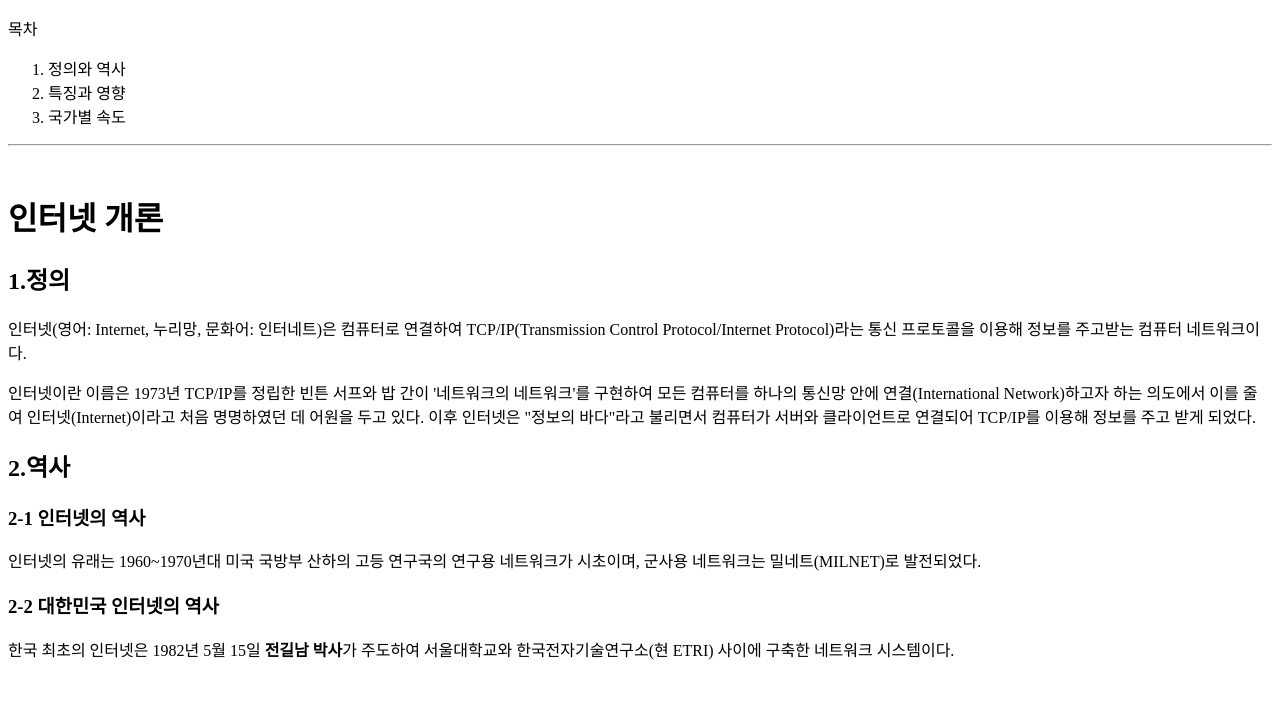
Repository: jeemaru/htme_01
Page: html_01/hw02/ex_01.html
An editor plug-in stored every save of this project. The page is shown before and after the next save, followed by the edit.
The browser window is 1280 px wide. The pictures show the whole page.

Above is the page before, as saved 2022-04-05 09:11:49.

After the next save:
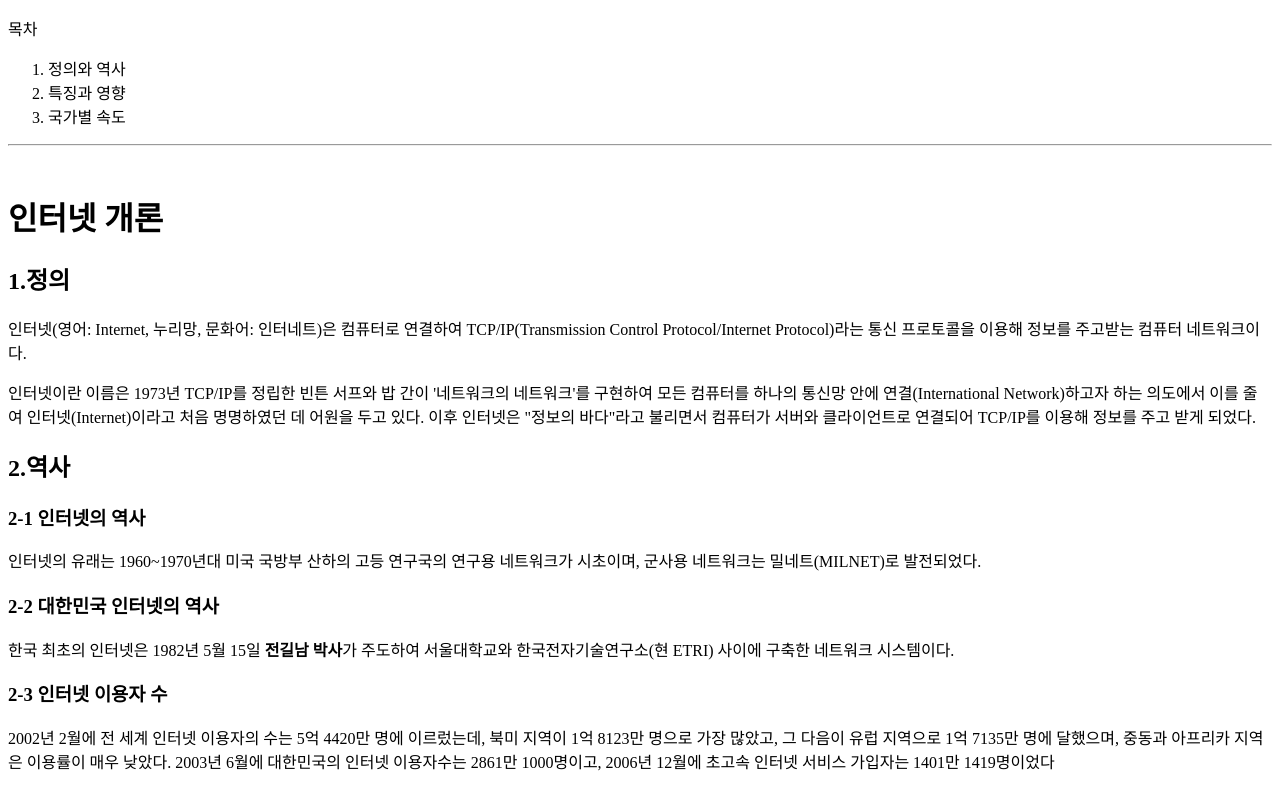
Saved 53 s later.
--- a/html_01/hw02/ex_01.html
+++ b/html_01/hw02/ex_01.html
@@ -38,6 +38,13 @@
         	<P>한국 최초의 인터넷은 1982년 5월 15일 <strong>전길남 박사</strong>가 주도하여 서울대학교와
                한국전자기술연구소(현 ETRI) 사이에 구축한 네트워크 시스템이다.
 			</P>
+		<h3>2-3 인터넷 이용자 수</h3>
+			<p>2002년 2월에 전 세계 인터넷 이용자의 수는 5억 4420만 명에 이르렀는데, 북미 지역이 1억
+			   8123만 명으로 가장 많았고, 그 다음이 유럽 지역으로 1억 7135만 명에 달했으며, 중동과
+			   아프리카 지역은 이용률이 매우 낮았다.
+			   2003년 6월에 대한민국의 인터넷 이용자수는 2861만 1000명이고, 2006년 12월에 초고속 인터넷
+			   서비스 가입자는 1401만 1419명이었다
+			</p>
 
 	</body>
 </html>
